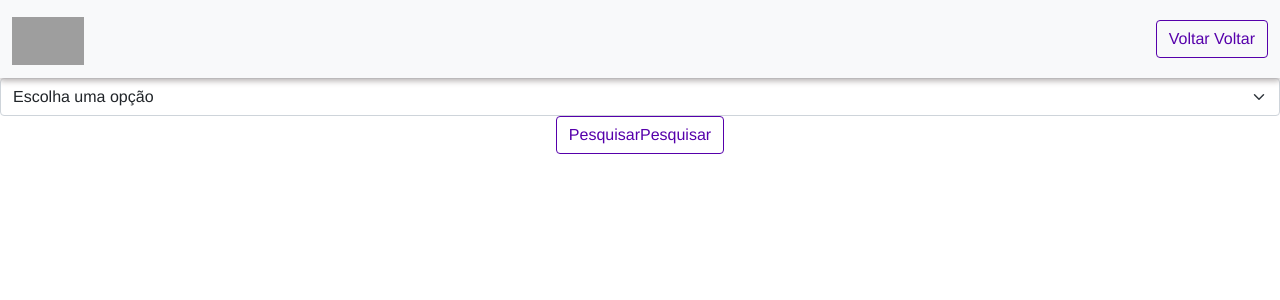
Repository: LuismGil/Countries-list
Page: /
An editor plug-in stored every save of this project. The page is shown before and after a run of saves, followed by the edit.
The browser window is 1280 px wide. The pictures show the whole page.
Pictures or frames that could not be fetched are drawn as grey boxes. The project was rebuilt for these pictures with package versions that can differ from the ones it lists, and the page was loaded fresh each time.

Above is the page before, as saved 2021-05-22 20:37:48.

### public/index.html
<!DOCTYPE html>
<html lang="">
  <head>
    <meta charset="utf-8">
    <meta http-equiv="X-UA-Compatible" content="IE=edge">
    <meta name="viewport" content="width=device-width,initial-scale=1.0">
    <link rel="icon" href="<%= BASE_URL %>favicon.ico">
    <link href="https://cdn.jsdelivr.net/npm/bootstrap@5.0.1/dist/css/bootstrap.min.css" rel="stylesheet" integrity="sha384-+0n0xVW2eSR5OomGNYDnhzAbDsOXxcvSN1TPprVMTNDbiYZCxYbOOl7+AMvyTG2x" crossorigin="anonymous">
    <title><%= htmlWebpackPlugin.options.title %></title>
  </head>
  <body>
    <noscript>
      <strong>We're sorry but <%= htmlWebpackPlugin.options.title %> doesn't work properly without JavaScript enabled. Please enable it to continue.</strong>
    </noscript>
    <div id="app"></div>
    <!-- built files will be auto injected -->
  </body>
</html>

### src/App.vue
<template>
  <div id="app">
    <mv-header />
    <Home></Home>

  </div>
</template>

<script>
import MvHeader from './components/MvHeader.vue';
import Home from './views/Home.vue';

export default {
  name: 'App',
  components: {
    MvHeader,
    Home,
  },
};
</script>

<style>
#app {
  color: #2c3e50;
  font-family: Avenir, Helvetica, Arial, sans-serif;
  -webkit-font-smoothing: antialiased;
  -moz-osx-font-smoothing: grayscale;
  text-align: center;
}
</style>

### src/components/MvHeader.vue
<template>
<div>
  <nav class="navbar navbar-light bg-light navbar-shadow">
  <div class="container-fluid">
    <a class="navbar-brand" href="#">
      <img src="https://mova.vc/img/footer_mova.svg" alt="Mova Logo" width="72" height="48" class="d-inline-block align-text-top">
    </a>
    <mv-button>
      Voltar
    </mv-button>
  </div>
  </nav>
</div>
</template>

<script>
import MvButton from './MvButton.vue';

export default {
  name: 'MvHeader',
  components: {
    MvButton,
  },

};
</script>

<style>
.navbar-shadow {
  box-shadow: 0px 3px 6px 0px #b6b2b2;
}
</style>

### src/views/Home.vue
<template>
  <div>
    <mv-countries></mv-countries>

  </div>
</template>

<script>
import MvCountries from '../components/MvCountries.vue';

export default {
  components: { MvCountries },

};
</script>

<style>

</style>

### src/components/MvButton.vue
<template>
  <div>
    <button type="button" class="btn btn-outline btn-color">
      <slot></slot>
      <slot></slot>
      </button>
  </div>
</template>

<script>
// import MvArrowIcon from './MvArrowIcon.vue';

export default {
  // components: { MvArrowIcon },

};
</script>

<style>
.btn-color {
  border-color: #5600AB;
  color: #5600AB;
}

.btn-color:hover {
  color: #fff;
  background-color: #c599f2;
}

</style>

### src/components/MvCountries.vue
<template>
  <div>
    <select class="form-select" aria-label="Escolha uma opção">
      <option selected disabled>Escolha uma opção</option>
      <option value="1">Região</option>
      <option value="2">Capital</option>
      <option value="3">Língua</option>
      <option value="4">País</option>
      <option value="5">Código de ligação</option>
    </select>
    <mv-button>Pesquisar</mv-button>

  </div>
</template>

<script>
import MvButton from './MvButton.vue';

export default {
  components: { MvButton },

};
</script>

<style>

</style>

Loaded but not shown: src/main.js (common file)

After the next 2 saves:
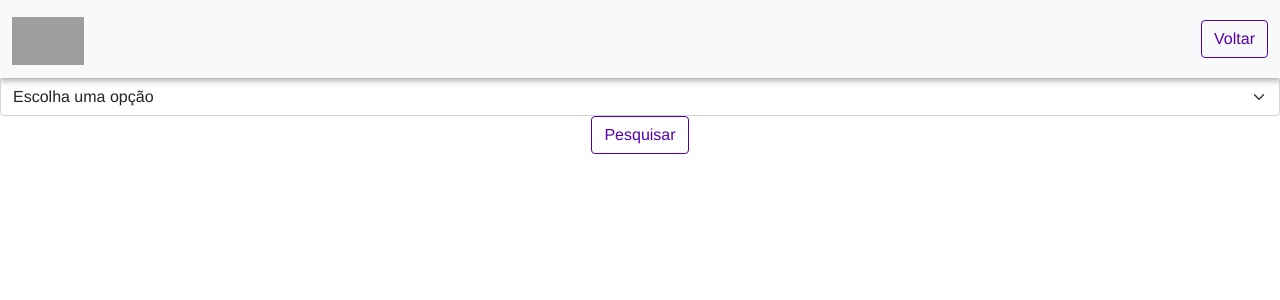
The 2 saves are shown as one change because they came seconds apart.
The last was saved 11 s later.
--- a/src/components/MvButton.vue
+++ b/src/components/MvButton.vue
@@ -1,7 +1,6 @@
 <template>
   <div>
     <button type="button" class="btn btn-outline btn-color">
-      <slot></slot>
       <slot></slot>
       </button>
   </div>
